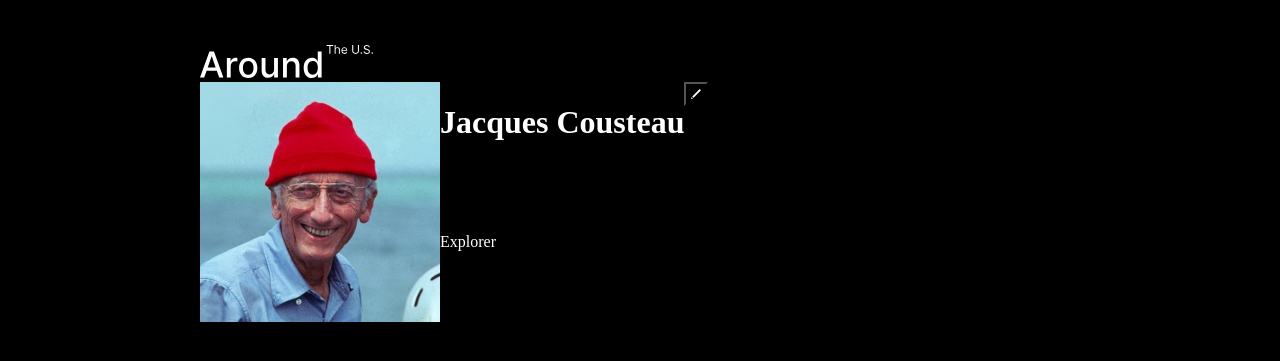
Repository: al-XLeMEsTRE/Around-The-U.S
Page: index.html
An editor plug-in stored every save of this project. The page is shown before and after the next save, followed by the edit.
The browser window is 1280 px wide. The pictures show the whole page.

Above is the page before, as saved 2023-12-12 13:36:37.

After the next save:
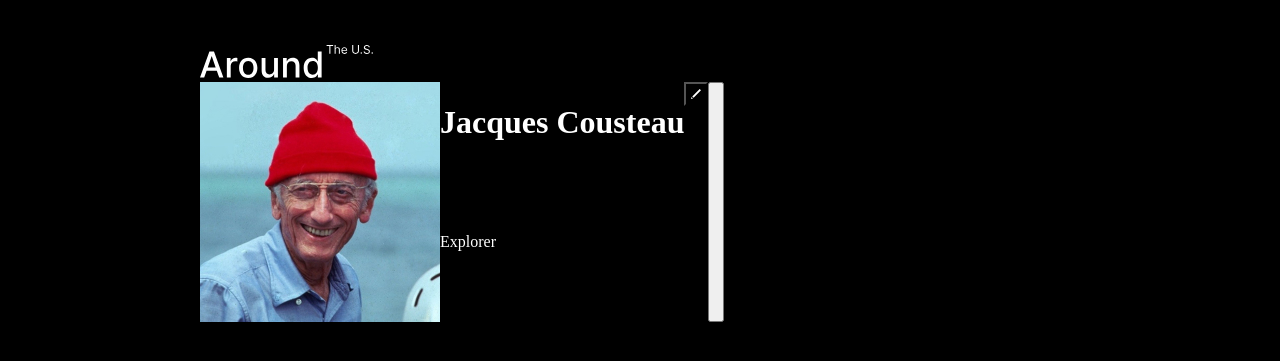
Saved 66 s later.
--- a/index.html
+++ b/index.html
@@ -50,6 +50,7 @@
             <button class="profile__edit-button" type="button"></button>
             <p class="profile__subtitle">Explorer</p>
           </div>
+          <button class="profile__add-button"></button>
         </section>
       </main>
     </div>
